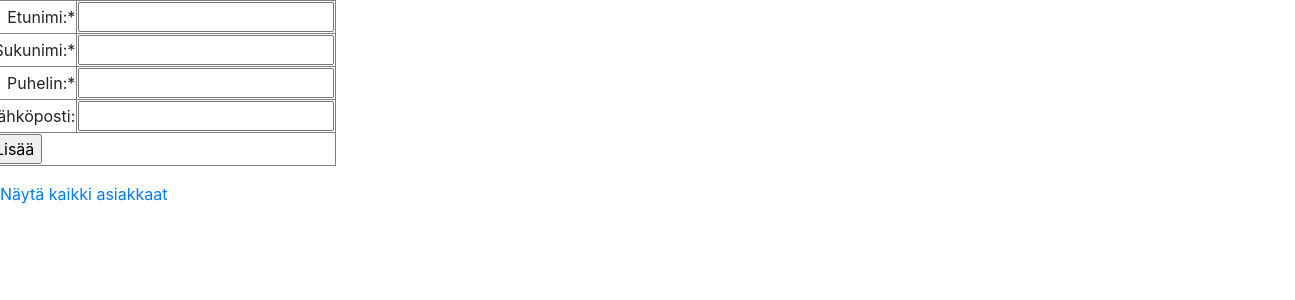
Repository: sarastu5/javaohjelmointi
Page: http://localhost/AsiakkaatWeb/lisaaasiakas.jsp
These files come from the project's save history. The page is drawn as it stood at one moment and after the next save; the edit follows.
The browser window is 1280 px wide. The page is 1295 px wide, so the pictures cover 1295 px, including what lies to the right of the window. The pictures show the whole page.
Some web libraries are served in a nearby version. The page is served by Tomcat 9. The session is filled in as if someone had signed in: {"kayttaja": 1}. Other server files are loaded and not shown.

Above is the page before, as saved 2018-05-04 18:23:19.

### Java EE/AsiakkaatWeb/WebContent/lisaaasiakas.jsp
<%@include file="onkokirjauduttu.jsp" %>
<%@ page language="java" contentType="text/html; charset=ISO-8859-1"
    pageEncoding="ISO-8859-1"%>
<!DOCTYPE html PUBLIC "-//W3C//DTD HTML 4.01 Transitional//EN" "http://www.w3.org/TR/html4/loose.dtd">
<html>
<head>
<meta http-equiv="Content-Type" content="text/html; charset=ISO-8859-1">
<script src="https://ajax.googleapis.com/ajax/libs/jquery/3.1.1/jquery.min.js"></script>
<link rel="stylesheet" type="text/css" href="main.css">
<link rel="stylesheet" href="https://stackpath.bootstrapcdn.com/bootstrap/4.1.0/css/bootstrap.min.css" integrity="sha384-9gVQ4dYFwwWSjIDZnLEWnxCjeSWFphJiwGPXr1jddIhOegiu1FwO5qRGvFXOdJZ4" crossorigin="anonymous">
<title>Asiakkaiden lisäys</title>
</head>
<body>
	<div id="error"></div>
	<form class="form-group row" action="LisaaAsiakas" method="post" name="lisaaLomake" onsubmit="return validateForm()" id="lisaaLomake">
		<table border="1">
			<tr>
				<td align="right">Etunimi:*</td>
				<td><input type="text" name="etunimi" id="etunimi"></td>
			</tr>
			<tr>
				<td align="right">Sukunimi:*</td>
				<td><input type="text" name="sukunimi" id="sukunimi"></td>
			</tr>
			<tr>
				<td align="right">Puhelin:*</td>
				<td><input type="text" name="puhelin" id="puhelin"></td>
			</tr>
			<tr>
				<td align="right">Sähköposti:</td>
				<td><input type="text" name="sposti" id="sposti"></td>
			</tr>
			<tr>
				<td colspan="2"><input type="submit" value="Lisää"></td>
			</tr>
		</table>
	</form>

	<a href="haeasiakkaat.jsp">Näytä kaikki asiakkaat</a>

	<script>
		function validateForm() {
			var error = "";

			var etunimi = document.forms["lisaaLomake"]["etunimi"].value;
			if (etunimi == "") {
				error = error + "Etunimi on pakollinen<br>";
			}

			var sukunimi = document.forms["lisaaLomake"]["sukunimi"].value;
			if (sukunimi == "") {
				error = error + "Sukunimi on pakollinen<br>";
			}

			var puhelin = document.forms["lisaaLomake"]["puhelin"].value;
			if (puhelin == "") {
				error = error + "Puhelinnumero on pakollinen<br>";
			}

			if (error !== "") {
				$("#error").html(error);
				return false;
			}
		}
	</script>

	<script src="https://code.jquery.com/jquery-3.3.1.slim.min.js" integrity="sha384-q8i/X+965DzO0rT7abK41JStQIAqVgRVzpbzo5smXKp4YfRvH+8abtTE1Pi6jizo" crossorigin="anonymous"></script>
	<script src="https://cdnjs.cloudflare.com/ajax/libs/popper.js/1.14.0/umd/popper.min.js" integrity="sha384-cs/chFZiN24E4KMATLdqdvsezGxaGsi4hLGOzlXwp5UZB1LY//20VyM2taTB4QvJ" crossorigin="anonymous"></script>
	<script src="https://stackpath.bootstrapcdn.com/bootstrap/4.1.0/js/bootstrap.min.js" integrity="sha384-uefMccjFJAIv6A+rW+L4AHf99KvxDjWSu1z9VI8SKNVmz4sk7buKt/6v9KI65qnm" crossorigin="anonymous"></script>
</body>
</html>

### Java EE/AsiakkaatWeb/WebContent/onkokirjauduttu.jsp
<%
if (session.getAttribute("kayttaja")==null) {
	response.sendRedirect("index.jsp");
	return;
}
%>

### Java EE/AsiakkaatWeb/WebContent/main.css
td.otsikko {
	font-weight: bold;
}

After the next save:
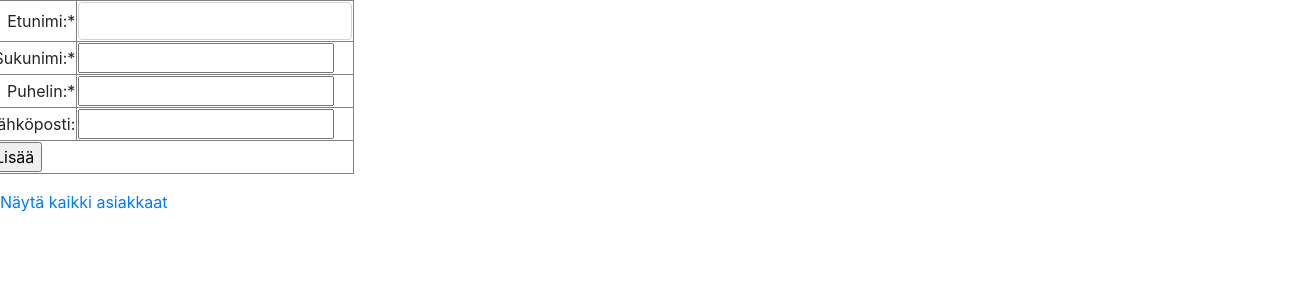
Saved 99 s later.
--- a/Java EE/AsiakkaatWeb/WebContent/lisaaasiakas.jsp
+++ b/Java EE/AsiakkaatWeb/WebContent/lisaaasiakas.jsp
@@ -16,7 +16,7 @@
 		<table border="1">
 			<tr>
 				<td align="right">Etunimi:*</td>
-				<td><input type="text" name="etunimi" id="etunimi"></td>
+				<td><input type="text" class="form-control" name="etunimi" id="etunimi"></td>
 			</tr>
 			<tr>
 				<td align="right">Sukunimi:*</td>
